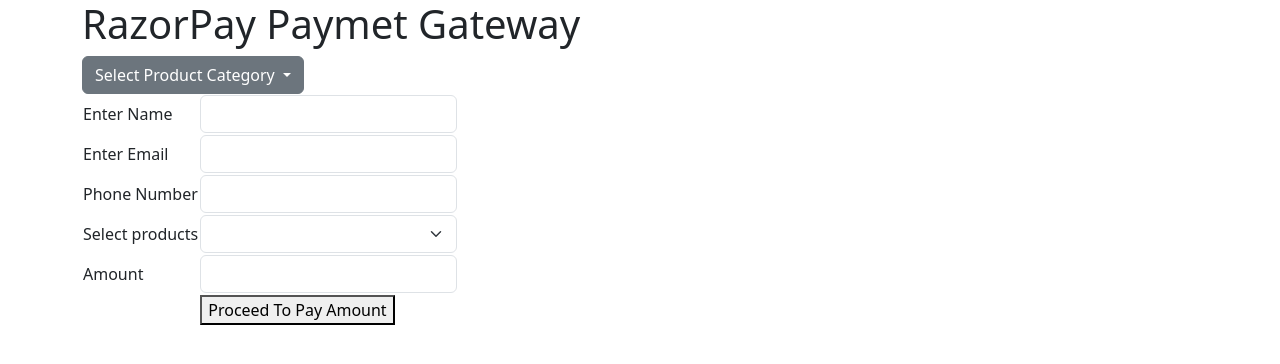
Repository: PraveenKodekal/razorpayGateway
Page: http://localhost/index
The author's editor kept a copy of each file at every save. The page is drawn from the files as they stood at one save, then again after the next save.
The browser window is 1280 px wide. The pictures show the whole page.
The page is this project's Thymeleaf template; nobody is signed in. The template is opened directly, without the code that normally fills it, so the values that code supplies are empty.

Above is the page before, as saved 2024-06-25 05:46:23.

After the next save:
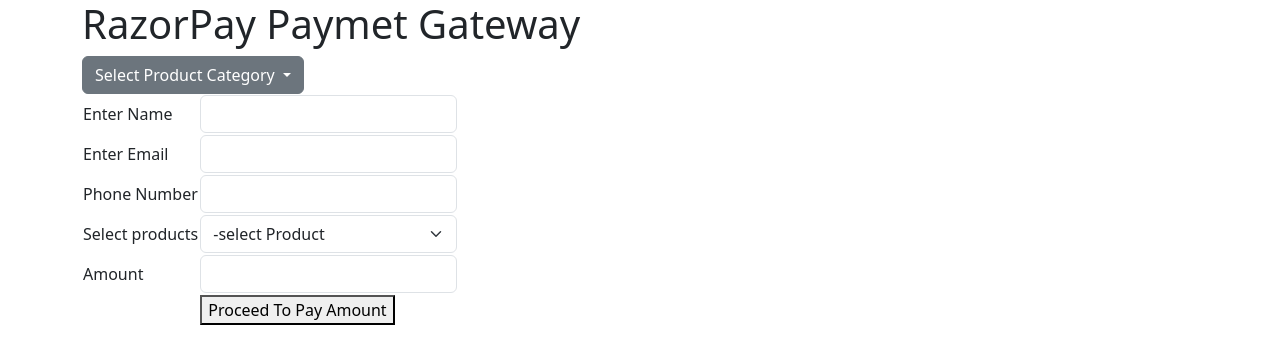
Saved 3 min 27 s later.
--- a/Payment-GatteWay/src/main/resources/templates/index.html
+++ b/Payment-GatteWay/src/main/resources/templates/index.html
@@ -51,7 +51,13 @@
 
 			<tr>
 				<td>Select products</td>
-				<td><select class="form-select" name="product" id="product" aria-label="Large selct example">Products</select>
+				<td><select class="form-select" name="product" id="product" aria-label="Large selct example" required>
+					<option selected>-select Product</option>
+					<option value="sports">Sports</option>
+					<option value="phones">Mobiles</option>
+					<option value="laptops">LapTops</option>
+
+				</select>
 
 				</td>
 
